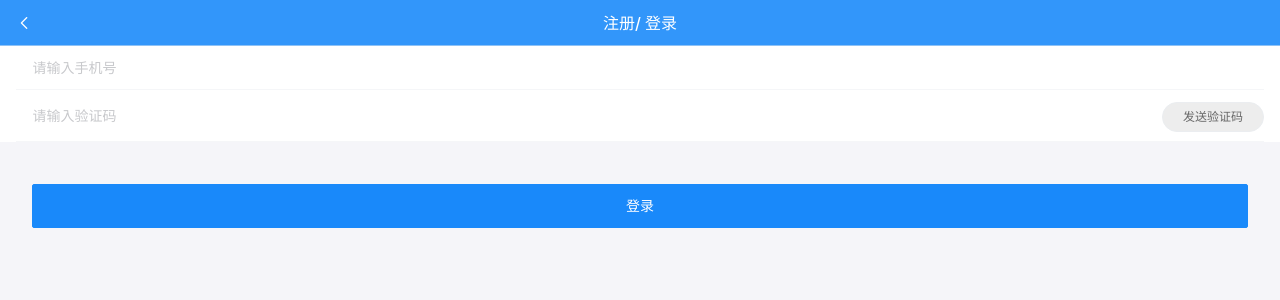
Repository: xn-lb/toutiao-mb
Page: /#/login
The author's editor kept a copy of each file at every save. The page is drawn from the files as they stood at one save, then again after the next save.
The browser window is 1280 px wide. The pictures show the whole page.
Some web fonts or font styles are not loaded; a fallback is used. The project was rebuilt for these pictures with package versions that can differ from the ones it lists, and the page was loaded fresh each time. Also part of the build but not shown: vue.config.js.

Above is the page before, as saved 2023-03-23 21:20:07.

### src/main.js
import Vue from 'vue'
import App from './App.vue'
import router from './router'
import store from './store'
// 加载全局样式
import './styles/index.less'
import Vant from 'vant' //加载Vant 组件库
import 'vant/lib/index.css'
import 'amfe-flexible' //加载动态设置  rem 基准值

Vue.use(Vant); //注册使用组件库

Vue.config.productionTip = false

new Vue({
    router,
    store,
    render: h => h(App)
}).$mount('#app')

### src/App.vue
<template>
  <div id="app">
  <!-- 路由的出口 -->
    <router-view></router-view>



  </div>
</template>
<script>
export default {
  name: 'APP'
}
</script>
<style lang="less">

</style>

### src/router/index.js
import Vue from 'vue'
import VueRouter from 'vue-router'



Vue.use(VueRouter)

// 路由表
const routes = [{
        path: '/login',
        name: 'LoginIndex',
        component: () =>
            import ('@/views/login')
    },
    {
        path: '/',
        component: () =>
            import ('@/views/layout/'),
        children: [{
                path: '/qa',
                name: 'qa',
                component: () =>
                    import ('@/views/qa/')
            },
            {
                path: '/video',
                name: 'video',
                component: () =>
                    import ('@/views/video/')
            },
            {
                path: '/my', //默认子路由
                name: 'my',
                component: () =>
                    import ('@/views/my/')
            },
            {
                path: '', //默认子路由
                name: 'home',
                component: () =>
                    import ('@/views/home/')
            }
        ]
    }

]

const router = new VueRouter({
    routes
})

export default router

### src/styles/index.less
// 全局样式文件
// 加载图标样式
@import "./icon.less";

body{
    background-color: #f5f5f9;
}
.app-nav-bar{
    background-color: #3296fa !important;
    .van-nav-bar__title{
        color: #fff;
    }
    .van-icon{
        color:#fff !important;
    }
}

### src/views/login/index.vue
<template>
  <div class="login-container">
    <!-- 导航栏 -->
    <van-nav-bar class="app-nav-bar"
     title=" 注册/ 登录"
     left-arrow
     @click-left="$router.back()"
     />

    <!-- 登录表单 -->
    <van-form >
  <van-field
    v-model="user.mobile"
    name="手机号"
    placeholder="请输入手机号"
   >
      <i slot="left-icon" class="toutiao toutiao-shouji"></i>
   </van-field>
  <van-field
    v-model="user.code"
    name="验证码"
    placeholder="请输入验证码"
  >
   <i slot="left-icon" class="toutiao toutiao-yanzhengma"></i>
   <template #button>
    <van-button size="small" type="default" round class="send-sms-btn">发送验证码</van-button>
  </template>
  </van-field>
  <div style="margin: 16px;">
   <div class="login-btn-wrap">
    <van-button  block type="info" class="login-btn">登录</van-button>
   </div>
  </div>
</van-form>
  </div>
</template>

<script>
import {login} from '@/api/user'

export default {
  name: 'LoginIndex',
  components: {
    onsubmit
  },
  props: {},
  data () {
    return {
      user:{
        mobile:'',//手机号
        code:''//验证码
      }
    }
  },
  computed: {},
  watch: {},
  created () {},
  mounted () {},
  methods: {
    async onsubmit (){
      //1.获取表单数据
      const user = this.user
      //2.表单验证
      //3.提交表单登录
      try{
        const res = await login(user)
        console.log('登录成功', res);
      } catch (err){
        console.log('登录失败', err);
      }

      // 4.根据请求响应结果处理后续操作
    }
  }
}
</script>

<style scoped lang="less">

.login-container{

  .login-btn-wrap{
    padding: 26px 16px;
  }
}
.send-sms-btn{
  background-color: #ededed;
  font-style: 22px;
  color: #666;
  width: 102px;
  height: 30px;
  // line-height: 46;
}

</style>

### src/styles/icon.less
@font-face {
    font-family: "toutiao"; /* Project id 3968849 */
    src: url('//at.alicdn.com/t/c/font_3968849_y288fdc89co.eot?t=1679462277967'); /* IE9 */
    src: url('//at.alicdn.com/t/c/font_3968849_y288fdc89co.eot?t=1679462277967#iefix') format('embedded-opentype'), /* IE6-IE8 */
         url('//at.alicdn.com/t/c/font_3968849_y288fdc89co.woff2?t=1679462277967') format('woff2'),
         url('//at.alicdn.com/t/c/font_3968849_y288fdc89co.woff?t=1679462277967') format('woff'),
         url('//at.alicdn.com/t/c/font_3968849_y288fdc89co.ttf?t=1679462277967') format('truetype'),
         url('//at.alicdn.com/t/c/font_3968849_y288fdc89co.svg?t=1679462277967#toutiao') format('svg');
  }

  .toutiao {
    font-family: "toutiao" !important;
    font-size: 16px;
    font-style: normal;
    -webkit-font-smoothing: antialiased;
    -moz-osx-font-smoothing: grayscale;
  }

  .toutiao-guanbi:before {
    content: "\e601";
  }

  .toutiao-gengduo:before {
    content: "\e602";
  }

  .toutiao-pinglun:before {
    content: "\e603";
  }

  .toutiao-shanchu:before {
    content: "\e604";
  }

  .toutiao-dianzan:before {
    content: "\e605";
  }

  .toutiao-lishi:before {
    content: "\e606";
  }

  .toutiao-shipin:before {
    content: "\e607";
  }

  .toutiao-shoucang:before {
    content: "\e608";
  }

  .toutiao-yanzhengma:before {
    content: "\e609";
  }

  .toutiao-wenda:before {
    content: "\e60a";
  }

  .toutiao-fenxiang:before {
    content: "\e60b";
  }

  .toutiao-youjiantou:before {
    content: "\e60c";
  }

  .toutiao-wuwangluo:before {
    content: "\e60d";
  }

  .toutiao-shouji:before {
    content: "\e60e";
  }

  .toutiao-zuojiantou:before {
    content: "\e60f";
  }

  .toutiao-shouye:before {
    content: "\e610";
  }

  .toutiao-wode:before {
    content: "\e611";
  }

  .toutiao-sousuo:before {
    content: "\e612";
  }

  .toutiao-zuopin:before {
    content: "\e613";
  }

  .toutiao-yuedu:before {
    content: "\e614";
  }

### src/api/user.js
// 用户相关请求模块
import request from "@/utils/request";

export const login = data => {
    return request({
        method: 'POST',
        url: '/v1_0/authotizations',
        data
    })
}

### src/utils/request.js
// 封装axios 请求模块
import axios from "axios"

const request = axios.create({
    baseURL: 'http://toutiao.itheima.net/' //接口的基本路径
})


// 请求拦截器


// 响应拦截器

export default request

Loaded but not shown: public/index.html (common file); src/store/index.js (common file)

After the next save:
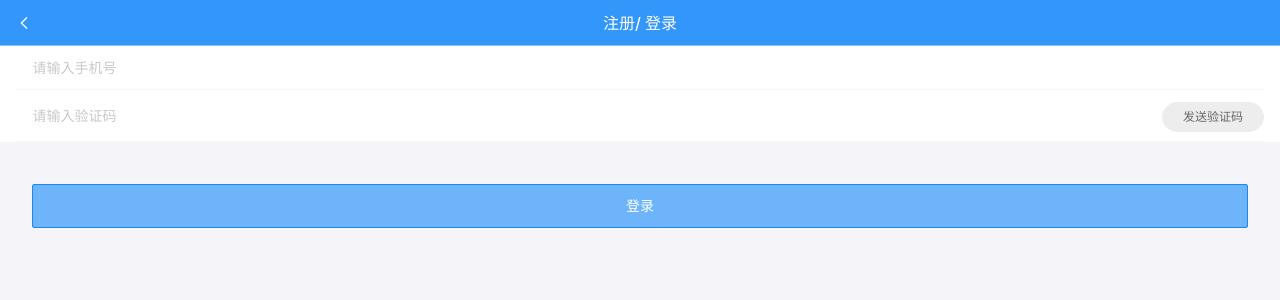
Saved 67 s later.
--- a/src/views/login/index.vue
+++ b/src/views/login/index.vue
@@ -81,6 +81,9 @@ export default {
 
   .login-btn-wrap{
     padding: 26px 16px;
+    .login-btn{
+      background-color: #6db4fb;
+    }
   }
 }
 .send-sms-btn{
